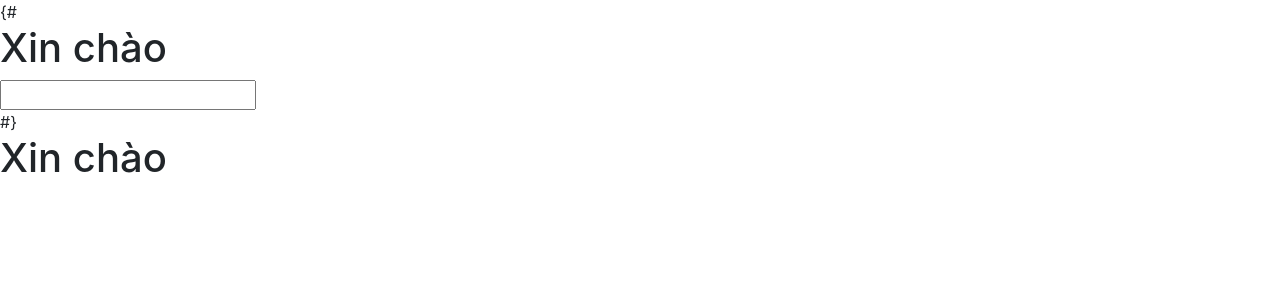
Repository: anhthanh96vp/pre-learner
Page: Vuejs/component/5-component.html
The author's editor kept a copy of each file at every save. The page is drawn from the files as they stood at one save, then again after the next save.
The browser window is 1280 px wide. The pictures show the whole page.
Some web libraries are served in a nearby version.

Above is the page before, as saved 2018-05-24 14:27:13.

After the next save:
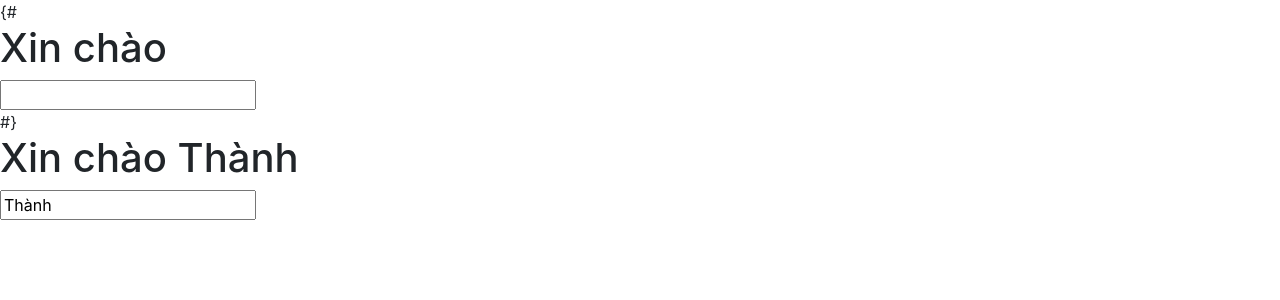
Saved 11 s later.
--- a/Vuejs/component/5-component.html
+++ b/Vuejs/component/5-component.html
@@ -34,7 +34,7 @@
 
            {# <hello-component></hello-component>
            <form-component></form-component> #}
-            <hello-component></hello-component>
+            <all-component></hello-component>
 
     </div>
 
